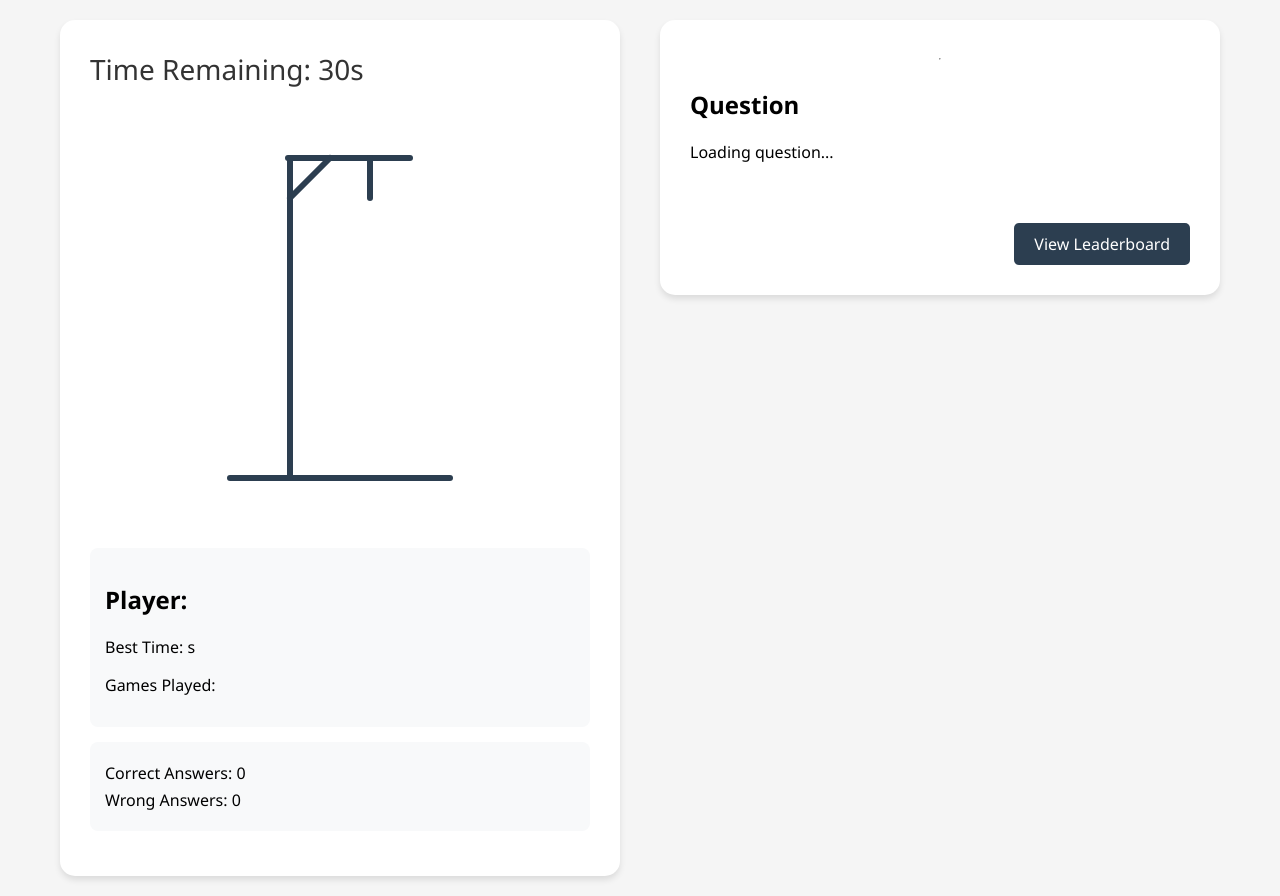
Repository: Team-4i/iks
Page: hang/templates/hang/game.html
The author's editor kept a copy of each file at every save. The page is drawn from the files as they stood at one save, then again after the next save.
The browser window is 1280 px wide. The pictures show the whole page.
The template is drawn by Django 5.2. The application's start-up code is not run. Other server files are loaded and not shown. The template is opened directly, without the code that normally fills it, so the values that code supplies are empty.

Above is the page before, as saved 2025-04-18 17:58:57.
Console error: SyntaxError: Unexpected token ','

### hang/templates/hang/game.html
{% load static %}
<!DOCTYPE html>
<html lang="en">
<head>
    <meta charset="UTF-8">
    <meta name="viewport" content="width=device-width, initial-scale=1.0">
    <title>Hangman Survival</title>
    <link rel="stylesheet" href="{% static 'hang/css/style.css' %}">
</head>
<body>
    {% csrf_token %} {# Add CSRF token for POST requests #}
    <div class="main-container">
        <div class="game-container">
            {% include 'hang/components/timer.html' %}
            {% include 'hang/components/hangman_svg.html' %}
             <div class="player-info">
                <h2>Player: {{ request.user.username }}</h2>
                <p>Best Time: <span id="bestTime">{{ player_stats.best_time }}s</span></p>
                <p>Games Played: {{ player_stats.games_played }}</p>
            </div>
            <div id="game-stats" class="game-stats">
                <p>Correct Answers: 0</p>
                <p>Wrong Answers: 0</p>
            </div>
        </div>

        <div class="content-section">
            <hr>
            <div class="question-section">
                <h2>Question</h2>
                <p id="question-text">Loading question...</p>
                <div id="question-content">
                    <!-- Question content will be loaded here -->
                </div>
            </div>
            <div class="game-controls">
                <a href="{% url 'hang:leaderboard' %}" class="leaderboard-link">View Leaderboard</a>
            </div>
        </div>
    </div>

    <!-- Custom Modal Popup -->
    <div id="game-over-modal" class="modal">
        <div class="modal-content">
            <h2>Game Over</h2>
            <p id="game-over-message"></p>
            <div class="modal-buttons">
                <button id="view-leaderboard-btn" class="modal-btn primary-btn">View Leaderboard</button>
                <button id="play-again-btn" class="modal-btn secondary-btn">Play Again</button>
            </div>
        </div>
    </div>

    <script>
        // Pass questions and URLs to JavaScript
        const gameData = {
            questions: JSON.parse('{{ questions_json|escapejs }}'),
            gameId: {{ game_id }},
            endGameUrl: "{% url 'hang:end_game' %}",
            csrfToken: document.querySelector('[name=csrfmiddlewaretoken]').value,
            startPageUrl: "{{ start_page_url }}",
            leaderboardUrl: "{% url 'hang:leaderboard' %}"
        };
    </script>
    <script src="{% static 'hang/js/hangman.js' %}"></script>
    <script>
        // Initialize game
        window.addEventListener('load', () => {
            const game = new HangmanGame(gameData);
            game.init();

            // Setup modal buttons
            document.getElementById('view-leaderboard-btn').addEventListener('click', () => {
                window.location.href = gameData.leaderboardUrl;
            });

            document.getElementById('play-again-btn').addEventListener('click', () => {
                window.location.href = gameData.startPageUrl;
            });
        });
    </script>
</body>
</html>

### hang/templates/hang/components/timer.html
<div class="timer" id="timer-display">
    Time Remaining: <span id="time">30</span>s
</div>

### hang/templates/hang/components/hangman_svg.html
<!-- Hangman SVG Component -->
<div class="hangman-container">
    <svg class="hangman-svg" viewBox="0 0 300 400">
        <!-- Base -->
        <g class="gallows">
            <!-- Horizontal base -->
            <line x1="40" y1="360" x2="260" y2="360" />
            <!-- Vertical pole -->
            <line x1="100" y1="360" x2="100" y2="40" />
            <!-- Top beam -->
            <line x1="98" y1="40" x2="220" y2="40" />
            <!-- Support beam -->
            <line x1="100" y1="80" x2="140" y2="40" />
            <!-- Rope -->
            <line x1="180" y1="40" x2="180" y2="80" />
        </g>

        <!-- Hangman Figure -->
        <g id="hangman">
            <circle cx="180" cy="100" r="20" class="hangman-part head" id="head" />
            <line x1="180" y1="120" x2="180" y2="220" class="hangman-part" id="body" />
            <line x1="180" y1="150" x2="140" y2="180" class="hangman-part" id="left-arm" />
            <line x1="180" y1="150" x2="220" y2="180" class="hangman-part" id="right-arm" />
            <line x1="180" y1="220" x2="150" y2="280" class="hangman-part" id="left-leg" />
            <line x1="180" y1="220" x2="210" y2="280" class="hangman-part" id="right-leg" />
        </g>
    </svg>
</div>

### hang/static/hang/css/style.css
/* Base styles */
body {
    margin: 0;
    padding: 0;
    font-family: 'Segoe UI', Tahoma, Geneva, Verdana, sans-serif;
    background-color: #f5f5f5;
}

/* Layout */
.main-container {
    max-width: 1200px;
    margin: 0 auto;
    padding: 20px;
    display: grid;
    grid-template-columns: 1fr 1fr;
    gap: 40px;
    min-height: 100vh;
    align-items: flex-start; /* Align items to the top */
    box-sizing: border-box;
}

.game-container {
    background: white;
    border-radius: 15px;
    padding: 30px;
    box-shadow: 0 4px 6px rgba(0, 0, 0, 0.1);
    /* No fixed height needed, let it grow with content */
}

/* Timer Component */
.timer {
    font-size: 28px;
    font-weight: 500;
    color: #333;
    margin-bottom: 30px;
}

/* Hangman SVG Component */
.hangman-container {
    display: flex;
    justify-content: center;
    align-items: center;
    position: relative;
}

.hangman-svg {
    width: 300px;
    height: 400px;
}

.gallows {
    stroke: #2c3e50;
    stroke-width: 6;
    stroke-linecap: round;
    stroke-linejoin: round;
    fill: none;
}

/* Update the hangman part transitions for smooth drawing effects */
.hangman-part {
    stroke: #2c3e50;
    stroke-width: 4;
    stroke-linecap: round;
    stroke-linejoin: round;
    fill: none;
    opacity: 0;
    transition: opacity 0.8s ease-in-out;
}

/* Special head animation */
.head {
    fill: #2c3e50;
}

/* Line drawing animation for body parts */
#body, #left-arm, #right-arm, #left-leg, #right-leg {
    stroke-dasharray: 200;
    stroke-dashoffset: 200;
    transition: stroke-dashoffset 0.8s ease-in-out, opacity 0.8s ease-in-out;
}

/* Body starts from neck */
#body.visible {
    stroke-dashoffset: 0;
}

/* Arms start from shoulder joint */
#left-arm, #right-arm {
    transform-origin: 180px 150px; /* Shoulder connection point */
}

/* Legs start from hip joint */
#left-leg, #right-leg {
    transform-origin: 180px 220px; /* Hip connection point */
}

/* When visible, reset the dash offset to draw the line */
.visible {
    opacity: 1;
}

#left-arm.visible, #right-arm.visible, #left-leg.visible, #right-leg.visible {
    stroke-dashoffset: 0;
}

/* Content Section */
.content-section {
    background: white;
    border-radius: 15px;
    padding: 30px;
    box-shadow: 0 4px 6px rgba(0, 0, 0, 0.1);
    display: flex;
    flex-direction: column;
    /* Set a max-height relative to viewport or container height */
    max-height: calc(100vh - 40px); /* Adjust 40px based on body/container padding */
    overflow: hidden; /* Hide direct overflow */
}

.hangman-parts {
    stroke: #333;
    stroke-width: 3;
    fill: none;
    transition: visibility 0.3s ease-in-out;
}

.hidden {
    visibility: hidden;
}

/* Animation classes */
.reveal {
    animation: fadeIn 0.5s ease-in-out;
}

@keyframes fadeIn {
    from { opacity: 0; }
    to { opacity: 1; }
}

/* Add to existing styles */

.leaderboard-container {
    max-width: 800px;
    margin: 0 auto;
    padding: 20px;
}

.player-info {
    margin-top: 30px; /* Add space above player info */
    padding: 15px;
    background: #f8f9fa;
    border-radius: 8px;
}

.leaderboard-link {
    display: inline-block;
    padding: 10px 20px;
    background: #2c3e50;
    color: white;
    text-decoration: none;
    border-radius: 5px;
    margin-top: 20px;
}

.top-players table {
    width: 100%;
    border-collapse: collapse;
    margin-top: 20px;
}

.top-players th,
.top-players td {
    padding: 12px;
    text-align: left;
    border-bottom: 1px solid #ddd;
}

.top-players th {
    background-color: #2c3e50;
    color: white;
}

.play-again {
    display: inline-block;
    padding: 10px 20px;
    background: #27ae60;
    color: white;
    text-decoration: none;
    border-radius: 5px;
    margin-top: 20px;
}

/* Add these styles */

/* Start Page Styles */
.start-container {
    display: flex;
    flex-direction: column;
    justify-content: center;
    align-items: center;
    min-height: calc(100vh - 80px); /* Adjust based on base template header/footer */
    text-align: center;
    padding: 40px;
    background-color: white;
    border-radius: 15px;
    box-shadow: 0 4px 10px rgba(0, 0, 0, 0.1);
    max-width: 600px;
    margin: 40px auto;
}

.start-container h1 {
    color: #2c3e50;
    margin-bottom: 20px;
}

.start-container p {
    color: #555;
    font-size: 1.1em;
    margin-bottom: 30px;
}

.start-button, .leaderboard-link-start {
    display: inline-block;
    padding: 15px 30px;
    font-size: 1.2em;
    color: white;
    background-color: #27ae60; /* Green for start */
    border: none;
    border-radius: 8px;
    text-decoration: none;
    cursor: pointer;
    transition: background-color 0.3s ease;
    margin: 10px;
}

.leaderboard-link-start {
     background-color: #3498db; /* Blue for leaderboard */
}

.start-button:hover {
    background-color: #219d52;
}
 .leaderboard-link-start:hover {
    background-color: #2880b9;
}

/* MCQ Section Styles */
.mcq-section {
    margin-top: 20px;
    padding-top: 20px;
    border-top: 1px solid #eee;
}

.mcq-section h2 {
    color: #333;
    margin-bottom: 15px;
}

#mcq-question {
    font-size: 1.1em;
    margin-bottom: 20px;
    color: #555;
    min-height: 3em; /* Ensure space for question text */
}

#mcq-options {
    display: grid;
    grid-template-columns: repeat(auto-fit, minmax(150px, 1fr));
    gap: 10px;
}

.mcq-option-button {
    padding: 12px 15px;
    font-size: 1em;
    background-color: #ecf0f1;
    border: 1px solid #bdc3c7;
    border-radius: 5px;
    cursor: pointer;
    transition: background-color 0.3s ease, border-color 0.3s ease;
    color: #34495e;
    text-align: center;
}

.mcq-option-button:hover {
    background-color: #dcdcdc;
    border-color: #a0a0a0;
}

/* Adjust leaderboard template if needed */
 .leaderboard-container {
    background: white;
    border-radius: 15px;
    padding: 30px;
    box-shadow: 0 4px 6px rgba(0, 0, 0, 0.1);
    margin-top: 20px;
}
 .player-best {
    margin-bottom: 20px;
    padding-bottom: 20px;
    border-bottom: 1px solid #eee;
}

/* Game Stats Section */
.game-stats {
    background-color: #f8f9fa;
    padding: 15px;
    border-radius: 8px;
    margin: 15px 0; /* Maintain vertical spacing */
    font-weight: 500;
}

.game-stats p {
    margin: 5px 0;
}

/* Answer Feedback */
.answer-feedback {
    padding: 15px;
    margin-bottom: 15px;
    border-radius: 8px;
    text-align: center;
    font-size: 1.2em;
    font-weight: 500;
    animation: fadeInOut 2s ease-in-out;
}

.correct-answer {
    background-color: #d4edda;
    color: #155724;
    border: 1px solid #c3e6cb;
}

.wrong-answer {
    background-color: #f8d7da;
    color: #721c24;
    border: 1px solid #f5c6cb;
}

.game-controls {
    margin-top: 20px;
    display: flex;
    justify-content: flex-end;
}

@keyframes fadeInOut {
    0% { opacity: 0; }
    20% { opacity: 1; }
    80% { opacity: 1; }
    100% { opacity: 0; }
}

/* Add a pulsing effect to the timer when it gets low */
@keyframes pulseWarning {
    0% { color: #721c24; }
    50% { color: #f8d7da; }
    100% { color: #721c24; }
}

.timer.warning {
    animation: pulseWarning 1s infinite;
    font-weight: bold;
}

/* Add this to your existing CSS */
.hangman-container {
    position: relative;
}

.hangman-status {
    position: absolute;
    bottom: 10px;
    left: 0;
    right: 0;
    text-align: center;
    font-size: 0.9em;
    color: #666;
    transition: opacity 0.3s ease;
}

/* Modal Popup Styles */
.modal {
    display: none;
    position: fixed;
    top: 0;
    left: 0;
    width: 100%;
    height: 100%;
    background-color: rgba(0, 0, 0, 0.7);
    z-index: 1000;
    justify-content: center;
    align-items: center;
    animation: fadeIn 0.3s ease-in-out;
}

.modal.show {
    display: flex;
}

.modal-content {
    background-color: white;
    padding: 30px;
    border-radius: 15px;
    box-shadow: 0 5px 15px rgba(0, 0, 0, 0.3);
    max-width: 500px;
    width: 90%;
    text-align: center;
    animation: zoomIn 0.3s ease-out;
}

.modal-content h2 {
    margin-top: 0;
    color: #2c3e50;
    font-size: 24px;
}

.modal-content p {
    font-size: 18px;
    margin: 20px 0;
    color: #333;
}

.modal-buttons {
    display: flex;
    justify-content: center;
    gap: 10px;
    margin-top: 25px;
}

.modal-btn {
    padding: 12px 24px;
    border: none;
    border-radius: 8px;
    font-size: 16px;
    cursor: pointer;
    transition: background-color 0.2s ease;
}

.primary-btn {
    background-color: #3498db;
    color: white;
}

.secondary-btn {
    background-color: #27ae60;
    color: white;
}

.primary-btn:hover {
    background-color: #2980b9;
}

.secondary-btn:hover {
    background-color: #219d52;
}

@keyframes zoomIn {
    from {
        transform: scale(0.8);
        opacity: 0;
    }
    to {
        transform: scale(1);
        opacity: 1;
    }
}

/* Question Section */
.question-section {
    margin-top: 0; /* Removed redundant top margin */
    padding-top: 0; /* Removed redundant top padding */
    border-top: none; /* Remove border if it was just separating stats */
    flex-grow: 1; /* Allow question section to take available space */
    overflow-y: auto; /* Enable vertical scrolling for question content */
    min-height: 100px; /* Ensure it has some minimum height */
}

#question-content {
    /* No specific overflow needed here, handled by parent */
    margin-bottom: 20px; /* Add some space before controls */
}

/* Common Question Styles */
.question-option {
    padding: 12px 15px;
    font-size: 1em;
    background-color: #ecf0f1;
    border: 1px solid #bdc3c7;
    border-radius: 5px;
    cursor: pointer;
    transition: background-color 0.3s ease, border-color 0.3s ease;
    color: #34495e;
    text-align: center;
    margin: 5px;
    width: 100%;
}

.question-option:hover {
    background-color: #dcdcdc;
    border-color: #a0a0a0;
}

/* Fill in the Blank */
.fill-blank-container {
    display: flex;
    flex-direction: column;
    gap: 15px;
}

.fill-blank-input {
    padding: 10px;
    font-size: 1em;
    border: 2px solid #bdc3c7;
    border-radius: 5px;
    width: 100%;
}

.hint-text {
    color: #666;
    font-style: italic;
    margin: 10px 0;
}

/* Match Pairs */
.match-pairs-container {
    display: grid;
    grid-template-columns: 1fr 1fr;
    gap: 20px;
    margin-top: 15px;
}

.match-column {
    display: flex;
    flex-direction: column;
    gap: 10px;
}

.match-item, .match-value {
    padding: 10px;
    background: #f8f9fa;
    border: 1px solid #dee2e6;
    border-radius: 5px;
    cursor: pointer;
    transition: all 0.3s ease;
}

.match-item.selected, .match-value.selected {
    background: #cfe2ff;
    border-color: #9ec5fe;
}

.match-item.correct, .match-value.correct {
    background-color: #d1e7dd !important; /* Use !important to override selection style */
    border-color: #a3cfbb !important;
    cursor: default;
}

.match-item.incorrect, .match-value.incorrect {
    background-color: #f8d7da;
    border-color: #f1aeb5;
    animation: shake 0.3s;
}

/* Categorize */
.categorize-container {
    display: flex;
    flex-direction: column;
    gap: 20px;
}

.category-container {
    border: 2px dashed #dee2e6;
    padding: 15px;
    border-radius: 8px;
    min-height: 100px;
    transition: background-color 0.2s ease;
}

.category-container.drag-over {
    background-color: #e9ecef; /* Highlight when dragging over */
    border-color: #adb5bd;
}

.category-container h3 {
    margin: 0 0 10px 0;
    color: #495057;
}

.items-container {
    display: flex;
    flex-wrap: wrap;
    gap: 10px;
    margin-top: 15px;
    border-top: 1px solid #eee;
    padding-top: 15px;
    min-height: 50px; /* Ensure it's visible even when empty */
}

.draggable-item {
    padding: 8px 15px;
    background: #e9ecef;
    border: 1px solid #ced4da;
    border-radius: 4px;
    cursor: move;
    user-select: none;
    transition: opacity 0.2s ease;
}

.draggable-item:hover {
    background: #dee2e6;
}

.draggable-item.dragging {
    opacity: 0.5; /* Make item semi-transparent while dragging */
}

.draggable-item.categorized {
    cursor: default;
    margin: 5px; /* Add some margin when dropped */
}

.draggable-item.categorized.correct {
    background-color: #d1e7dd;
    border-color: #a3cfbb;
}

.draggable-item.incorrect-drop {
     animation: shake 0.3s;
}

/* Shake animation for incorrect feedback */
@keyframes shake {
  0%, 100% { transform: translateX(0); }
  25% { transform: translateX(-5px); }
  75% { transform: translateX(5px); }
}

/* Word Unscramble */
.scramble-container {
    display: flex;
    flex-direction: column;
    gap: 15px;
}

.scrambled-word {
    font-size: 1.2em;
    font-weight: bold;
    color: #2c3e50;
    text-align: center;
}

.scramble-input {
    padding: 10px;
    font-size: 1.1em;
    border: 2px solid #bdc3c7;
    border-radius: 5px;
    width: 100%;
}

/* Submit Button */
.submit-button {
    padding: 12px 24px;
    background: #2c3e50;
    color: white;
    border: none;
    border-radius: 5px;
    cursor: pointer;
    font-size: 1em;
    transition: background-color 0.3s ease;
}

.submit-button:hover {
    background: #34495e;
}

Loaded but not shown: hang/static/hang/js/hangman.js (596 lines, source omitted)

After the next save:
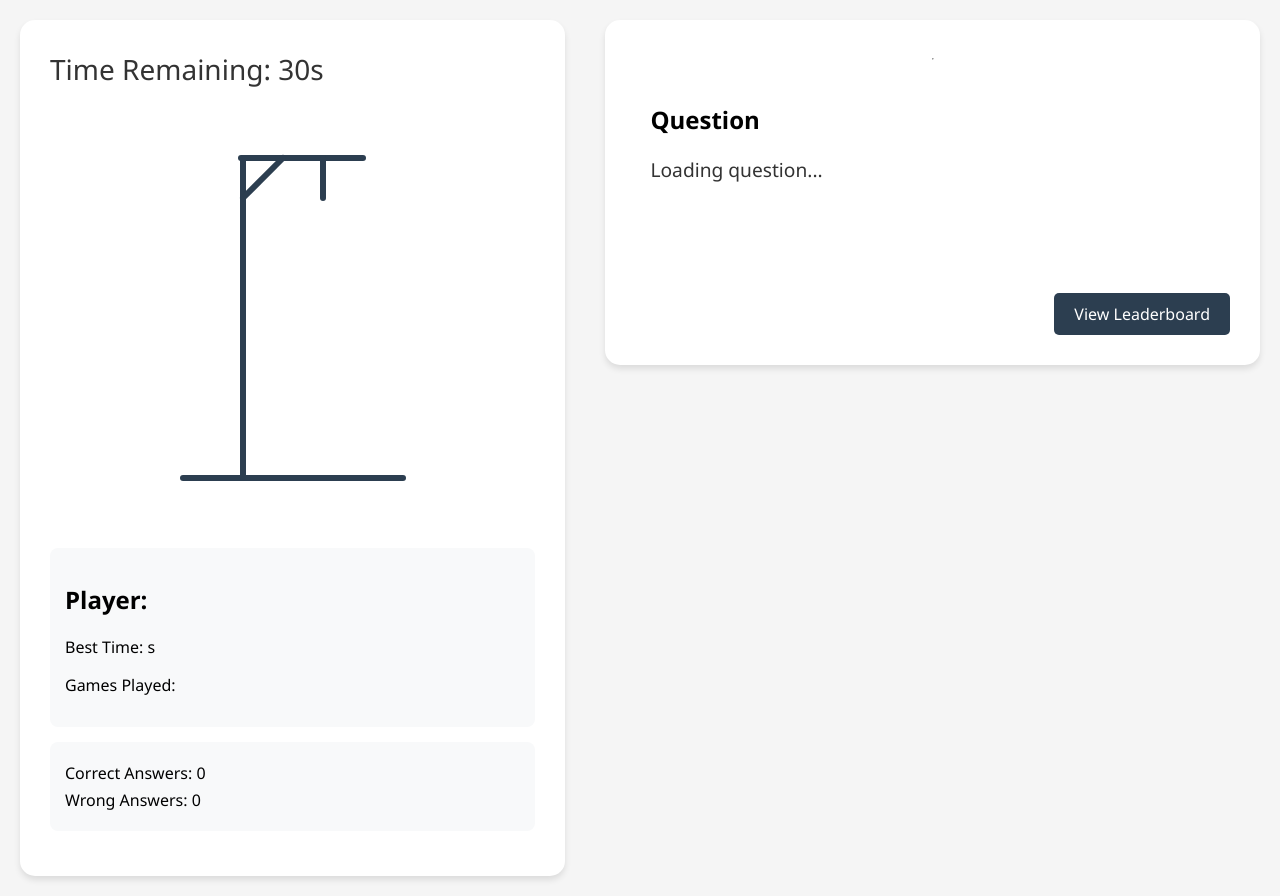
Saved 2 min 12 s later.
--- a/hang/static/hang/css/style.css
+++ b/hang/static/hang/css/style.css
@@ -8,14 +8,14 @@ body {
 
 /* Layout */
 .main-container {
-    max-width: 1200px;
+    max-width: 1300px;
     margin: 0 auto;
     padding: 20px;
     display: grid;
-    grid-template-columns: 1fr 1fr;
+    grid-template-columns: 1fr 1.2fr;
     gap: 40px;
     min-height: 100vh;
-    align-items: flex-start; /* Align items to the top */
+    align-items: flex-start;
     box-sizing: border-box;
 }
 
@@ -111,9 +111,8 @@ body {
     box-shadow: 0 4px 6px rgba(0, 0, 0, 0.1);
     display: flex;
     flex-direction: column;
-    /* Set a max-height relative to viewport or container height */
-    max-height: calc(100vh - 40px); /* Adjust 40px based on body/container padding */
-    overflow: hidden; /* Hide direct overflow */
+    max-height: calc(100vh - 40px);
+    overflow: hidden;
 }
 
 .hangman-parts {
@@ -466,17 +465,24 @@ body {
 
 /* Question Section */
 .question-section {
-    margin-top: 0; /* Removed redundant top margin */
-    padding-top: 0; /* Removed redundant top padding */
-    border-top: none; /* Remove border if it was just separating stats */
-    flex-grow: 1; /* Allow question section to take available space */
-    overflow-y: auto; /* Enable vertical scrolling for question content */
-    min-height: 100px; /* Ensure it has some minimum height */
+    margin-top: 0;
+    padding: 15px;
+    border-top: none;
+    flex-grow: 1;
+    overflow-y: auto;
+    min-height: 100px;
+}
+
+#question-text {
+    font-size: 1.2em;
+    margin-bottom: 25px;
+    color: #333;
+    line-height: 1.5;
+    min-height: 3em;
 }
 
 #question-content {
-    /* No specific overflow needed here, handled by parent */
-    margin-bottom: 20px; /* Add some space before controls */
+    margin-bottom: 20px;
 }
 
 /* Common Question Styles */
@@ -671,3 +677,48 @@ body {
 .submit-button:hover {
     background: #34495e;
 }
+
+/* True/False Options */
+.tf-options-container {
+    display: flex;
+    justify-content: center;
+    gap: 15px;
+    margin-top: 15px;
+}
+
+.tf-option {
+    padding: 12px 25px;
+    font-size: 1.1em;
+    background-color: #ecf0f1;
+    border: 1px solid #bdc3c7;
+    border-radius: 5px;
+    cursor: pointer;
+    transition: background-color 0.3s ease, border-color 0.3s ease;
+    color: #34495e;
+    min-width: 100px;
+    text-align: center;
+}
+
+.tf-option:hover {
+    background-color: #dcdcdc;
+    border-color: #a0a0a0;
+}
+
+/* Ensure other options have consistent styling */
+.question-option, .mcq-option-button {
+    padding: 12px 15px;
+    font-size: 1em;
+    background-color: #ecf0f1;
+    border: 1px solid #bdc3c7;
+    border-radius: 5px;
+    cursor: pointer;
+    transition: background-color 0.3s ease, border-color 0.3s ease;
+    color: #34495e;
+    text-align: center;
+    margin: 5px;
+}
+
+.question-option:hover, .mcq-option-button:hover {
+    background-color: #dcdcdc;
+    border-color: #a0a0a0;
+}
